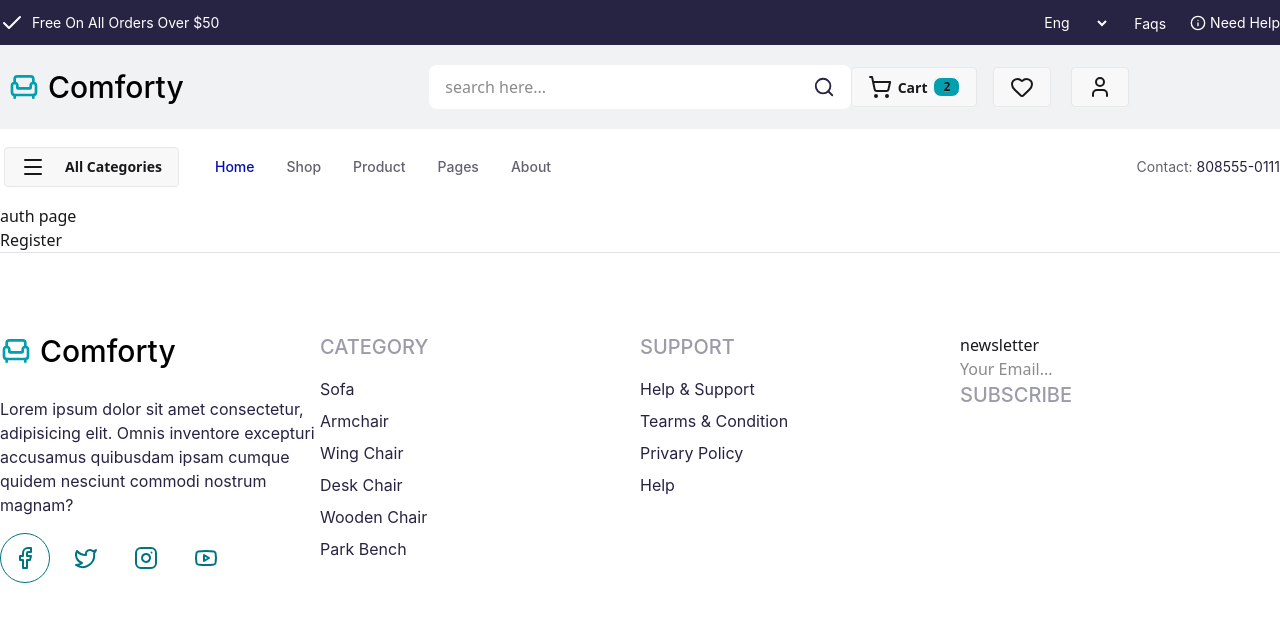
Repository: Neda0o0/store-template-website
Page: /auth/register
An editor plug-in stored every save of this project. The page is shown before and after the next save, followed by the edit.
The browser window is 1280 px wide. The pictures show the whole page.
The project was rebuilt for these pictures with package versions that can differ from the ones it lists, and the page was loaded fresh each time. Also part of the build but not shown: vite.config.js, src/components/Banner/Banner.jsx, src/components/Delivery/Delivery.jsx, src/components/Brand/Brand.jsx, src/components/SectionTitle/SectionTitle.jsx, src/components/Features/Features.jsx, src/components/Categories/Categories.jsx, src/components/Product/Product.jsx and 6 more.

Above is the page before, as saved 2025-10-27 16:58:13.

After the next save:
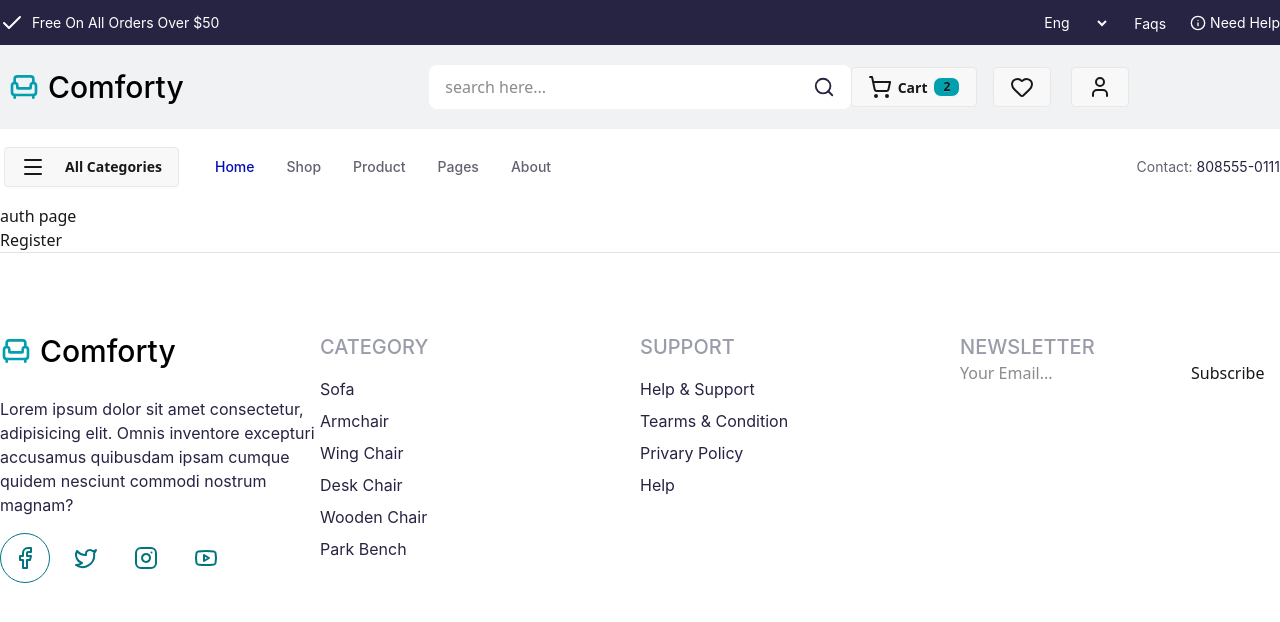
Saved 29 s later.
--- a/src/components/Footer/Footer.jsx
+++ b/src/components/Footer/Footer.jsx
@@ -105,15 +105,12 @@ const Footer = () => {
               </ul>
             </div>
             <div className="newsletter">
-              <h3>newsletter</h3>
+              <h3 className="text-xl text-[#9a9caa] font-inter font-medium uppercase">
+                newsletter
+              </h3>
               <form action="#">
                 <input type="email" placeholder="Your Email..." />
-                <button
-                  type="submit"
-                  className="text-xl text-[#9a9caa] font-inter font-medium uppercase"
-                >
-                  Subscribe
-                </button>
+                <button type="submit">Subscribe</button>
               </form>
             </div>
           </div>
